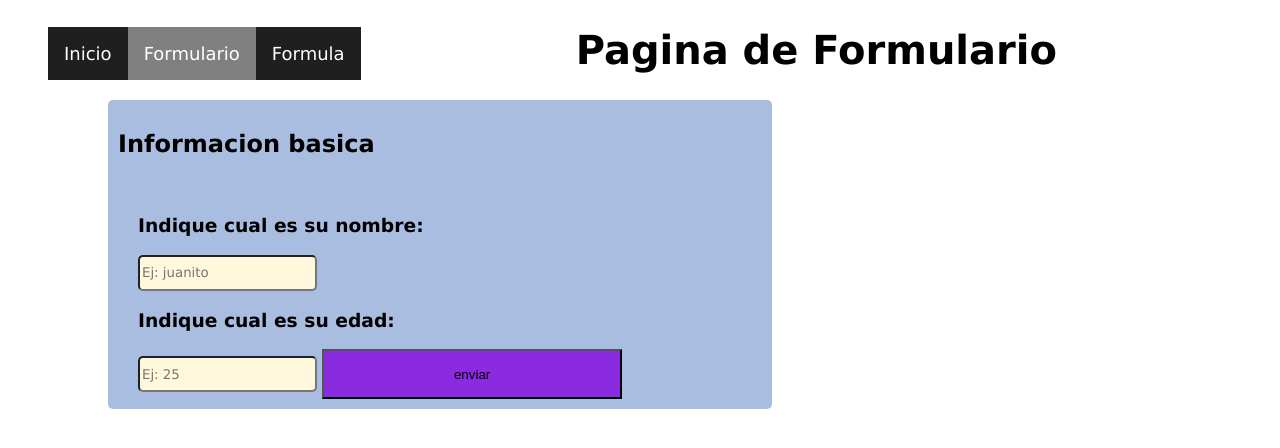
Repository: misterySnow94/tutoriales
Page: pagina basica/formulario.html
The author's editor kept a copy of each file at every save. The page is drawn from the files as they stood at one save, then again after the next save.
The browser window is 1280 px wide. The pictures show the whole page.

Above is the page before, as saved 2019-11-03 23:55:30.

### pagina basica/formulario.html
<!DOCTYPE html>
<html lang="en">
<head>
    <meta charset="UTF-8">
    <meta name="viewport" content="width=device-width, initial-scale=1.0">
    <meta http-equiv="X-UA-Compatible" content="ie=edge">
    <title>inicio</title>
    <link rel="stylesheet" href="css/style.css">
</head>
<body>
    <nav>
        <ul>
            <li><a href="index.html"> Inicio </a></li>
            <li class="active"><a href="formulario.html">Formulario</a></li>
            <li><a href="formula.html">Formula</a></li>
        </ul>
    </nav>

    <div class="contenido">
        <h1>Pagina de Formulario</h1>

        <form action="">
            <h2>Informacion basica</h2>
            <label for="nombre">
                <h3>Indique cual es su nombre:</h3>
                <input type="text" placeholder="Ej: juanito" name="nombre">
            </label>
            <label for="edad">
                <h3>Indique cual es su edad:</h3>
                <input type="number" placeholder="Ej: 25" name="edad">
            </label>
            <button>enviar</button>
        </form>
    </div>
</body>
</html>

### pagina basica/css/style.css
body{
    font-family: 'Lucida Sans', 'Lucida Sans Regular', 'Lucida Grande', 'Lucida Sans Unicode', Geneva, Verdana, sans-serif;
}

li{
    float: left;
    list-style: none;
    padding: 16px;
    background-color: rgb(31, 31, 31);
}

.active{
    background-color: gray;
}

li:hover{
    background-color: gray;
}

a{
    color: white;
    text-decoration: none;
    font-size: 18px;
}

h1{
    text-align: center;
    font-size: 40px;
}

form{
    margin-left: 100px;
    margin-right: 500px;
    background-color: rgb(169, 189, 224);
    border-radius: 5px;
    padding: 10px;
}

label, input, h3{
    margin-left: 20px;
}

input{
    border-radius: 5px;
    height: 30px;
    font-family: 'Lucida Sans', 'Lucida Sans Regular', 'Lucida Grande', 'Lucida Sans Unicode', Geneva, Verdana, sans-serif;
    background-color: cornsilk;
}

button{
    background-color: blueviolet;
    height: 50px;
    width: 300px;
}

After the next save:
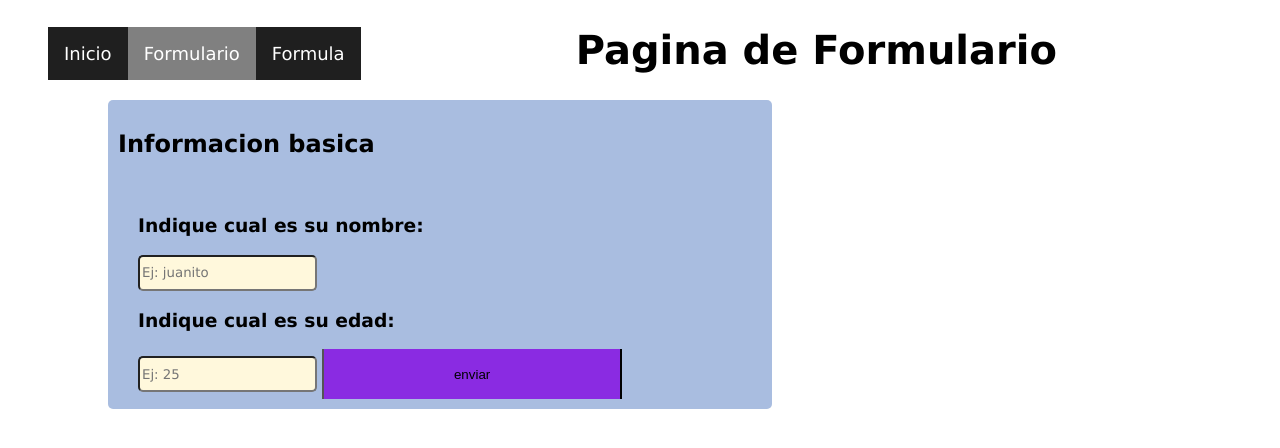
Saved 9 s later.
--- a/pagina basica/css/style.css
+++ b/pagina basica/css/style.css
@@ -51,4 +51,5 @@ button{
     background-color: blueviolet;
     height: 50px;
     width: 300px;
+    border-block: none;
 }
